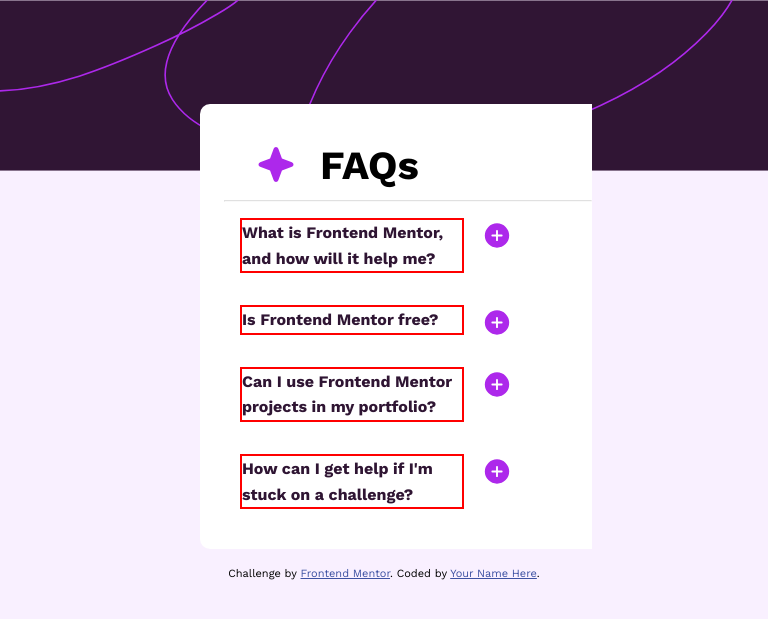
Repository: imokha01/accordion-main
Page: index.html
The author's editor kept a copy of each file at every save. The page is drawn from the files as they stood at one save, then again after a run of saves.
The browser window is 768 px wide. The pictures show the whole page.

Above is the page before, as saved 2023-12-26 11:05:06.

### index.html
<!DOCTYPE html>
<html lang="en">
  <head>
    <meta charset="UTF-8" />
    <meta name="viewport" content="width=device-width, initial-scale=1.0" />
    <!-- displays site properly based on user's device -->
    <link rel="stylesheet" href="./index.css">
    <link
      rel="stylesheet"
      href="https://cdnjs.cloudflare.com/ajax/libs/font-awesome/6.5.1/css/all.min.css"
      integrity="sha512-DTOQO9RWCH3ppGqcWaEA1BIZOC6xxalwEsw9c2QQeAIftl+Vegovlnee1c9QX4TctnWMn13TZye+giMm8e2LwA=="
      crossorigin="anonymous"
      referrerpolicy="no-referrer"
    />
    <link
      rel="icon"
      type="image/png"
      sizes="32x32"
      href="./assets/images/favicon-32x32.png"
    />
    <link rel="preconnect" href="https://fonts.googleapis.com" />
    <link rel="preconnect" href="https://fonts.gstatic.com" crossorigin />
    <link
      href="https://fonts.googleapis.com/css2?family=Work+Sans:wght@400;600;700&display=swap"
      rel="stylesheet"
    />
    <title>Frontend Mentor | FAQ accordion</title>
    <!-- Feel free to remove these styles or customise in your own stylesheet 👍 -->
    <style>
      .attribution {
        font-size: 11px;
        text-align: center;
        margin-top: 1rem;
      }
      .attribution a {
        color: hsl(228, 45%, 44%);
      }
    </style>
  </head>
  <body>
    <div class="container">
      <div class="wrapper">
        <!-- first div content -->
        <main>
          <div id="header">
            <img src="./assets/images/icon-star.svg" alt="star-icon">
            <p id="headerpara">FAQs</p>
          </div>
          <hr>
          <div class="Div" id="div1">
            <div class="title">
              <p class="question">What is Frontend Mentor, and how will it help me?</p>
            </div>
            <div class="para">
              <p id="para1">
                Frontend Mentor offers realistic coding challenges to help developers
                improve their frontend coding skills with projects in HTML, CSS, and
                JavaScript. It's suitable for all levels and ideal for portfolio
                building.
              </p>
            </div>
          </div>
          <!-- second div content -->
          <div class="Div" id="div2">
            <div class="title">
              <p class="question">Is Frontend Mentor free?</p>
            </div>
            <div class="para">
              <p id="para2">
                Yes, Frontend Mentor offers both free and premium coding challenges,
                with the free option providing access to a range of projects suitable
                for all skill levels.
              </p>
            </div>
          </div>
          <!-- third div content -->
          <div class="Div" id="div3">
            <div class="title">
              <p class="question">Can I use Frontend Mentor projects in my portfolio?</p>
            </div>
            <div class="para">
              <p id="para3">
                Yes, you can use projects completed on Frontend Mentor in your
                portfolio. It's an excellent way to showcase your skills to potential
                employers!
              </p>
            </div>
          </div>
          <!-- fourth div content -->
          <div class="Div" id="div4">
            <div class="title">
              <p class="question">How can I get help if I'm stuck on a challenge?</p>
            </div>
            <div class="para">
              <p id="para4">
                The best place to get help is inside Frontend Mentor's Discord
                community. There's a help channel where you can ask questions and seek
                support from other community members.
              </p>
            </div>
          </div>
        </main>
        <!-- footer div -->
        <div class="attribution">
          Challenge by
          <a href="https://www.frontendmentor.io?ref=challenge" target="_blank"
            >Frontend Mentor</a
          >. Coded by <a href="#">Your Name Here</a>.
        </div>
      </div>
    </div>
    <script src="./index.js"></script>
  </body>
</html>

### index.css
:root {
    --White: hsl(0, 0%, 100%);
    --lightPink: hsl(275, 100%, 97%);
    --grayishPurple: hsl(292, 16%, 49%);
    --darkPurple:  hsl(292, 42%, 14%);
    --workSans: 'Work Sans', sans-serif;
}

* {
    margin: 0;
    padding:0;
    box-sizing: border-box;
}

body {
    font-size: 16px;
    font-family: var(--workSans);
    background-color: var(--lightPink);
    position: relative;
    line-height: 1.6;
}

.container  {
    background-image: url("./assets/images/background-pattern-desktop.svg");
    background-repeat: no-repeat;
    background-size: contain;
    display: flex;
    flex-direction: column;
    justify-content: center;
    align-items: center;
    overflow: hidden;
}

hr {
    background-color: var(--lightPink);
    margin-top: .7rem;
    opacity: 0.3;
}

.wrapper {
    width: 35rem;
    padding: 1.5rem;
    left: 30rem;
    border-radius: 10px;
    transition: height 0.5s ease-in 1ms;
    overflow: hidden;
}

main  {
    background-color: #fff;
    border-radius: 10px;
    padding: inherit;
    width: inherit;
    overflow: hidden;
    margin-top: 5rem;
    transition: height 0.5s ease-in 1ms;
    overflow: hidden;
}

#headerpara {
    font-size: 2.5rem;
    font-weight: 700;
    margin : -.6rem 1.5rem;

}

#header > img{
    padding-left: 2rem;
}

div#header {
    display: flex;
    flex-direction: row;
    justify-content: flex-start;
    align-items: flex-start;
    width: 10rem;
    margin-top: 1rem;
}

.Div {
    display: flex;
    flex-direction: column;
    justify-content: flex-start ;
    padding: 1rem;
    height: fit-content;
    transition: height 0.5s ease-in;

}

.title {
    display: flex;;
    justify-content: space-between;
}

.Div div  img {
    cursor: pointer;
}

.title p {
    font-weight: 700;
    color: var(--darkPurple);
    cursor: pointer;
    width: 21.875rem;
}

.para {
    color: var(--grayishPurple);
    margin-top: 1.2rem;
    transition: height 0.5s ease-in 1s;
    overflow: hidden;
    display: none;
}

.title{
    position: relative;
    width: 90%;

}
.title::after{
    content:  url(./assets/images/icon-plus.svg);
    position: absolute;
    right: -40px;
}

.active::after{
    content: url(./assets/images/icon-minus.svg);
    right: -40px;

}

.active, .question:hover {
    content: "";
}

@media (max-width: 768px){
    .wrapper {
        width: 26rem;
    }

    /* .title  p{
        width: 14rem;
    } */

    .title {
        border: 2px solid red;
        width: 14rem;
    }

    .title::after,
    .active::after {
        right: -50px
    }
}

### index.js
// const answer = document.getElementsByClassName("para");
const question = document.getElementsByClassName("title");

for (let i = 0; i < question.length; i++ ) {
    question[i].addEventListener("click", function(){
        this.classList.toggle("active");
        let active = this.addEventListener.nextElementSibling;
        let para = this.nextElementSibling;
        if(para.style.display === "block"){
            para.style.display = "none";
        } else {
            para.style.display = "block";
        }
    });
}





// var acc = document.getElementsByClassName("accordion");
// var i;

// for (i = 0; i < acc.length; i++) {
//   acc[i].addEventListener("click", function() {
//     /* Toggle between adding and removing the "active" class,
//     to highlight the button that controls the panel */
//     this.classList.toggle("active");

//     /* Toggle between hiding and showing the active panel */
//     var panel = this.nextElementSibling;
//     if (panel.style.display === "block") {
//       panel.style.display = "none";
//     } else {
//       panel.style.display = "block";
//     }
//   });
// }

After the next 3 saves:
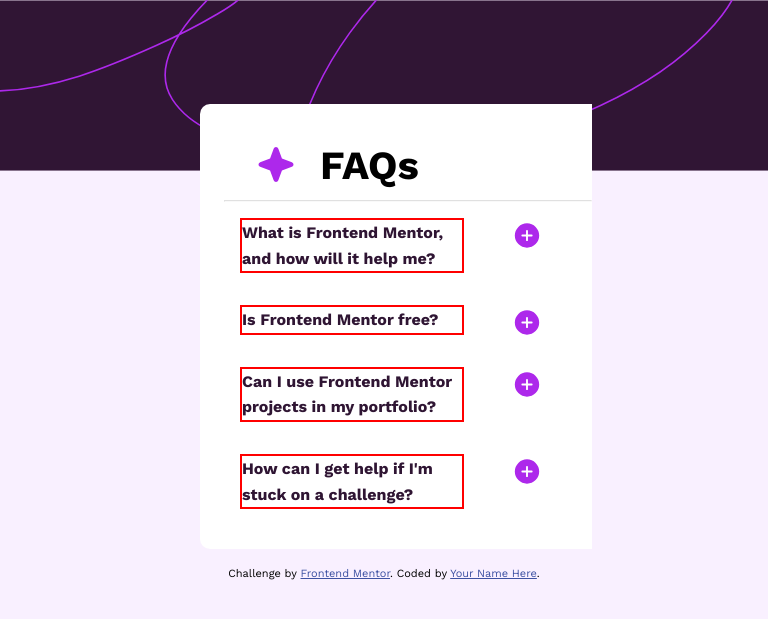
The 3 saves are shown as one change because they came seconds apart.
The last was saved 12 s later.
--- a/index.css
+++ b/index.css
@@ -148,6 +148,6 @@
 
     .title::after,
     .active::after {
-        right: -50px
+        right: -80px
     }
 }
